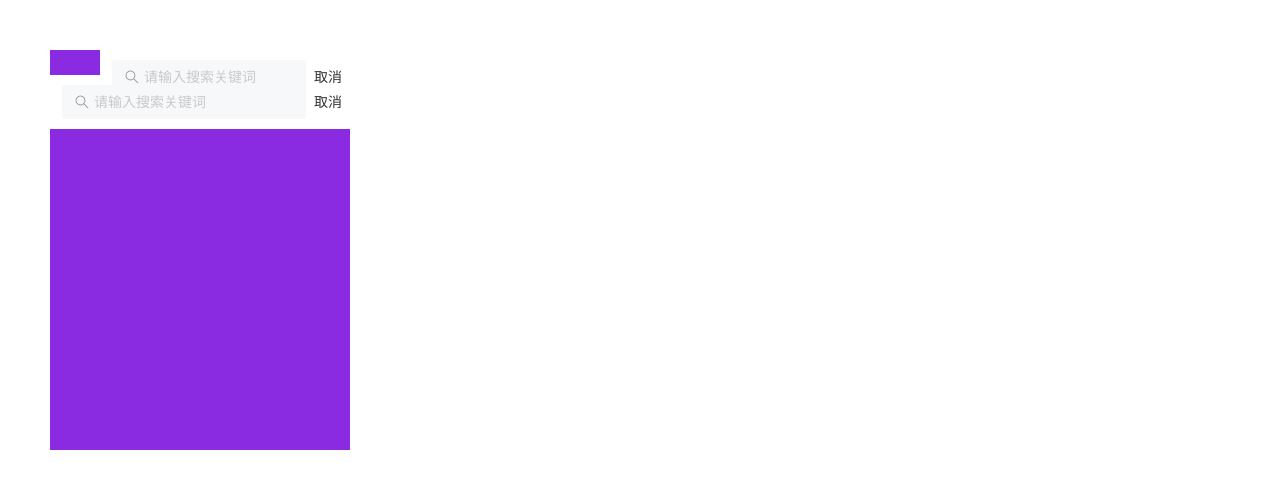
Repository: liyang777777/shangcheng
Page: /
The author's editor kept a copy of each file at every save. The page is drawn from the files as they stood at one save, then again after the next save.
The browser window is 1280 px wide. The pictures show the whole page.
The project was rebuilt for these pictures with package versions that can differ from the ones it lists, and the page was loaded fresh each time. Also part of the build but not shown: vue.config.js. Imported but missing from the stored project, and not drawn on this page: src/views/About.

Above is the page before, as saved 2020-06-22 10:45:37.

### src/main.js
import Vue from 'vue';
import App from './App.vue';
import router from './router';
import store from './store';
import Vant from 'vant';
import 'vant/lib/index.css';

import { Form } from 'vant';
import { Search } from 'vant';

Vue.config.productionTip = false
Vue.use(Vant);
Vue.use(Form);
Vue.use(Search);

new Vue({
  router,
  store,
  render: h => h(App)
}).$mount('#app')

### src/App.vue
<template>
  <div id="app">

    <router-view/>
  </div>
</template>

<style lang="scss">

</style>

### src/router/index.js
import Vue from 'vue'
import VueRouter from 'vue-router'
import Home from '../views/Home.vue'


Vue.use(VueRouter)

  const routes = [
  {
    path: '/',
    name: 'Home',
    component: Home
  },
  {
    path: '/about',
    name: 'About',

    component: () => import('../views/About')
  },
  {
    path: '/details',
    name: 'Details',

    component: () => import('../views/details/Details')
  },
  {
    path: '/login',
    name: 'Login',

    component: () => import('../views/login/Login')
  }
]

const router = new VueRouter({
  mode: 'history',
  base: process.env.BASE_URL,
  routes
})

export default router

### src/views/Home.vue
<template>
  <div class="content">
    <div class="box1">
      <form action="/" class="box2">
      <van-search
        v-model="value"
        show-action
        placeholder="请输入搜索关键词"
        @search="onSearch"
        @cancel="onCancel"
      />
    </form>
    </div>
    <form action="/" class="box">
      <van-search
        v-model="value"
        show-action
        placeholder="请输入搜索关键词"
        @search="onSearch"
        @cancel="onCancel"
      />
    </form>
  </div>
</template>

<script>
import { Toast } from "vant";
export default {
  name: "",
  props: {},
  components: {},
  data() {
    return {
      value: ""
    };
  },
  methods: {
    onSearch(val) {
      Toast(val);
    },
    onCancel() {
      Toast("搜索");
    }
  },
  mounted() {},
  watch: {},
  computed: {}
};
</script>

<style scoped lang='scss'>
.content {
  width: 300px;
  height: 400px;
  background: blueviolet;
  margin-top: 50px;
  margin-left: 50px;
}

.box2 {
  height: 25px;
  margin-left: 50px;
}
</style>

Loaded but not shown: public/index.html (common file); src/store/index.js (common file)

After the next save:
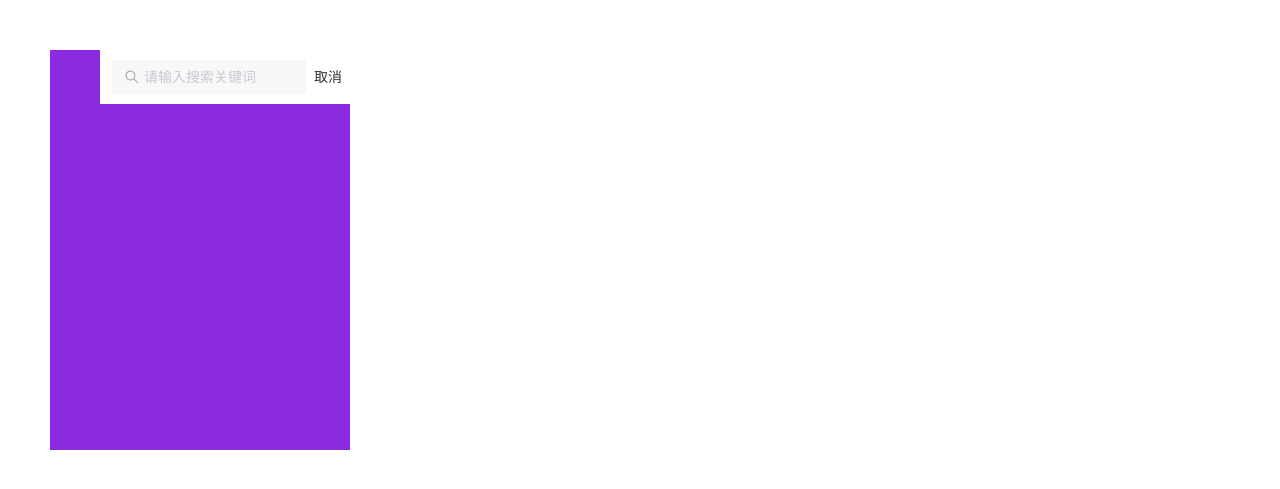
Saved 45 s later.
--- a/src/views/Home.vue
+++ b/src/views/Home.vue
@@ -2,24 +2,15 @@
   <div class="content">
     <div class="box1">
       <form action="/" class="box2">
-      <van-search
-        v-model="value"
-        show-action
-        placeholder="请输入搜索关键词"
-        @search="onSearch"
-        @cancel="onCancel"
-      />
-    </form>
+        <van-search
+          v-model="value"
+          show-action
+          placeholder="请输入搜索关键词"
+          @search="onSearch"
+          @cancel="onCancel"
+        />
+      </form>
     </div>
-    <form action="/" class="box">
-      <van-search
-        v-model="value"
-        show-action
-        placeholder="请输入搜索关键词"
-        @search="onSearch"
-        @cancel="onCancel"
-      />
-    </form>
   </div>
 </template>
 
